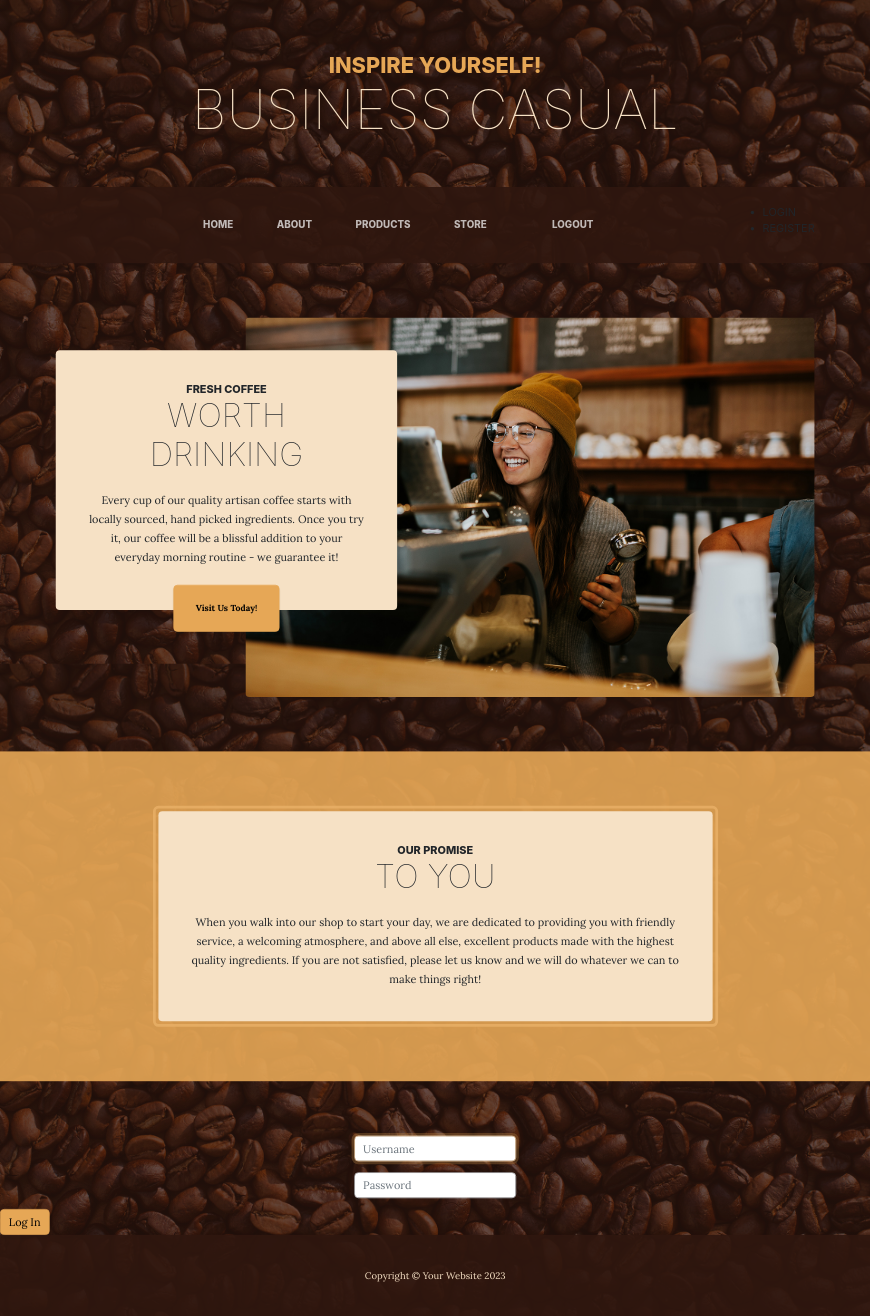
Repository: Onerafaz/CS50x
Page: http://localhost/login
The author's editor kept a copy of each file at every save. The page is drawn from the files as they stood at one save, then again after a run of saves.
The browser window is 1280 px wide. The pictures show the whole page, at 68% of full size.
Backgrounds fixed to the window are drawn as part of the page. Some web fonts or font styles are not loaded; a fallback is used. The page is served by the project's application, run on Flask 3 (project/business/app.py).

Above is the page before, as saved 2023-08-17 00:44:49.
Console error: TypeError: Cannot read properties of undefined (reading 'classList')

After the next 4 saves:
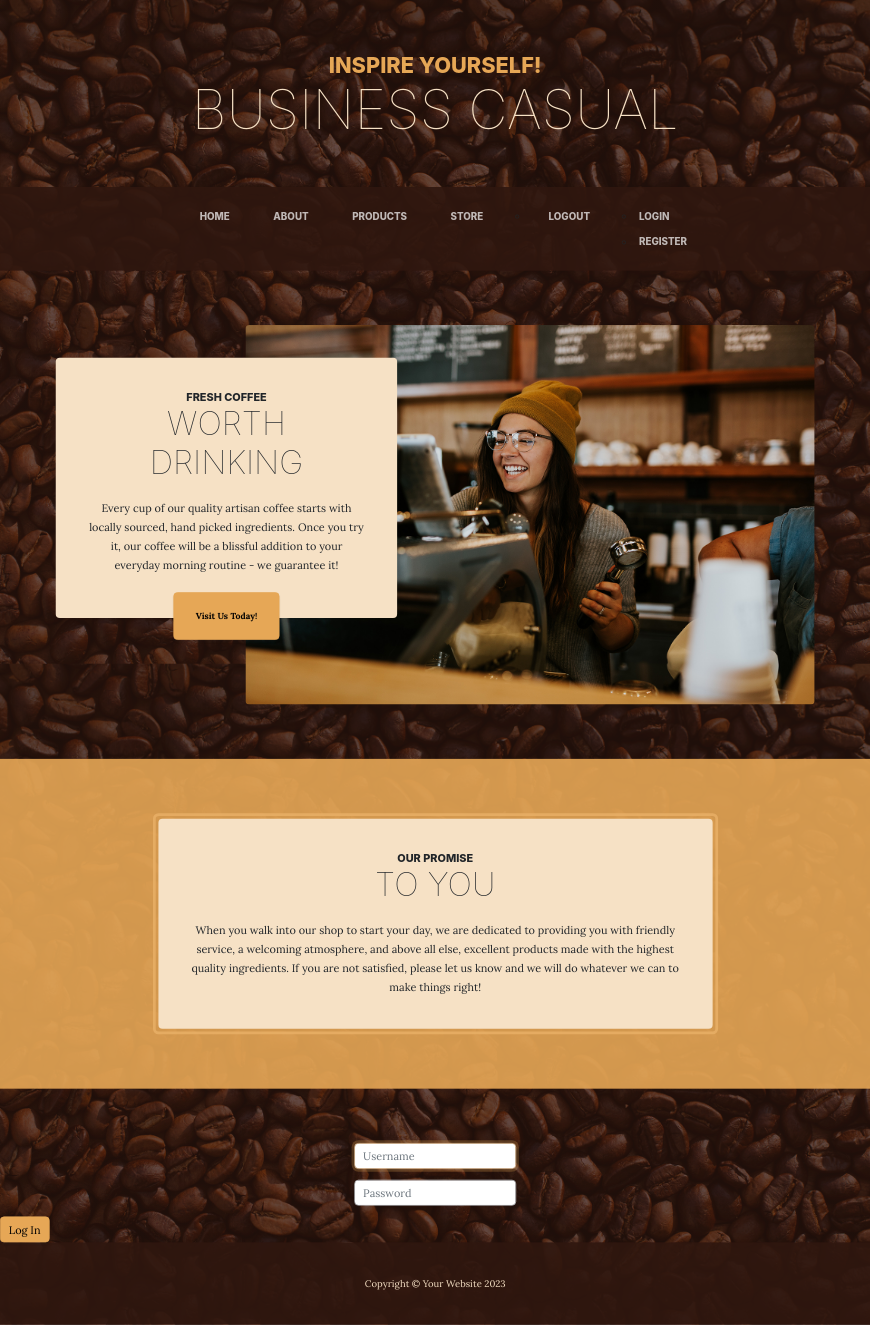
The 4 saves are shown as one change because they came seconds apart.
The last was saved 13 s later.
--- a/project/business/templates/layout.html
+++ b/project/business/templates/layout.html
@@ -32,7 +32,7 @@
                         <li class="nav-item px-lg-4"><a class="nav-link text-uppercase" href="about.html">About</a></li>
                         <li class="nav-item px-lg-4"><a class="nav-link text-uppercase" href="products.html">Products</a></li>
                         <li class="nav-item px-lg-4"><a class="nav-link text-uppercase" href="store.html">Store</a></li>
-                    <ul></ul>
+                    <ul>
                         <li class="nav-item px-lg-4"><a class="nav-link text-uppercase" href="logout.html">Logout</a></li>
                     </ul>
                     <ul>

After the 3 saves that followed:
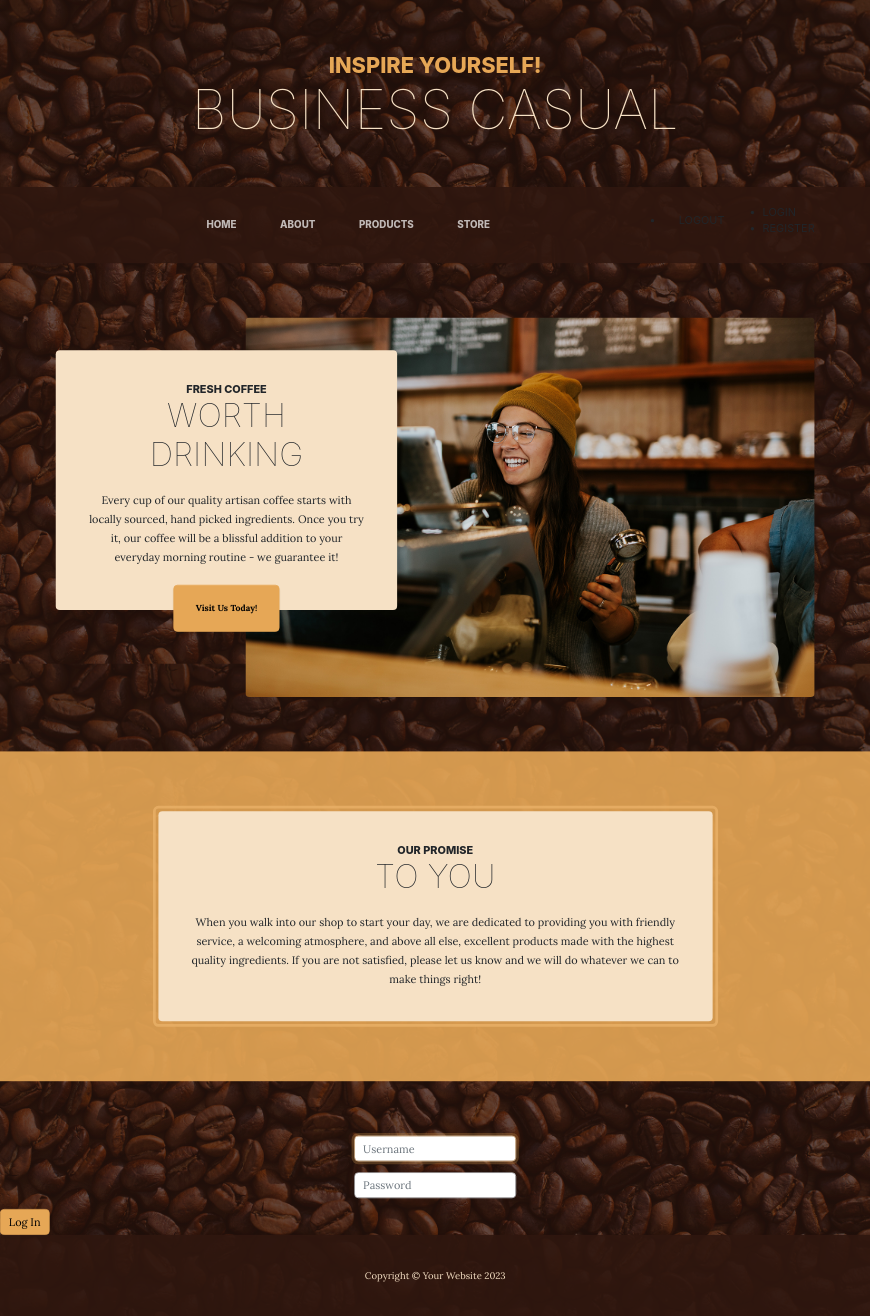
The 3 saves are shown as one change because they came seconds apart.
The last was saved 7 s later.
--- a/project/business/templates/layout.html
+++ b/project/business/templates/layout.html
@@ -32,6 +32,7 @@
                         <li class="nav-item px-lg-4"><a class="nav-link text-uppercase" href="about.html">About</a></li>
                         <li class="nav-item px-lg-4"><a class="nav-link text-uppercase" href="products.html">Products</a></li>
                         <li class="nav-item px-lg-4"><a class="nav-link text-uppercase" href="store.html">Store</a></li>
+                    </ul>
                     <ul>
                         <li class="nav-item px-lg-4"><a class="nav-link text-uppercase" href="logout.html">Logout</a></li>
                     </ul>
